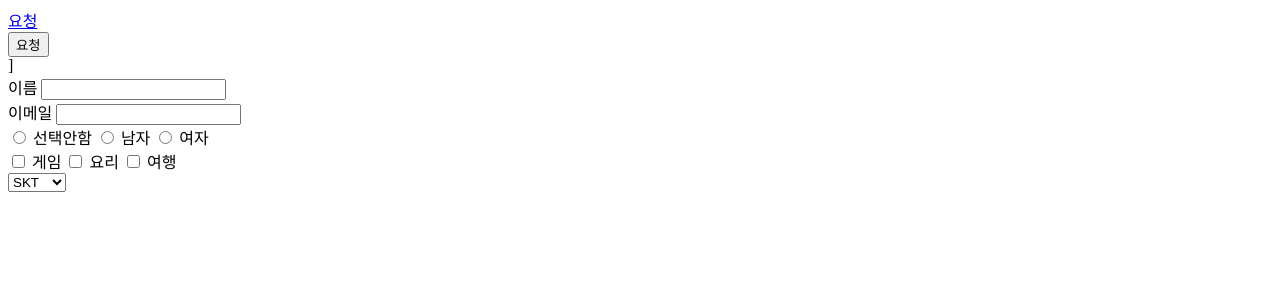
Repository: Audrey-1120/jspstudy
Page: 01_servlet/src/main/webapp/pkg02_request/NewFile.html
These files come from the project's save history. The page is drawn as it stood at one moment and after the next save; the edit follows.
The browser window is 1280 px wide. The pictures show the whole page.

Above is the page before, as saved 2024-02-28 01:35:21.

After the next save:
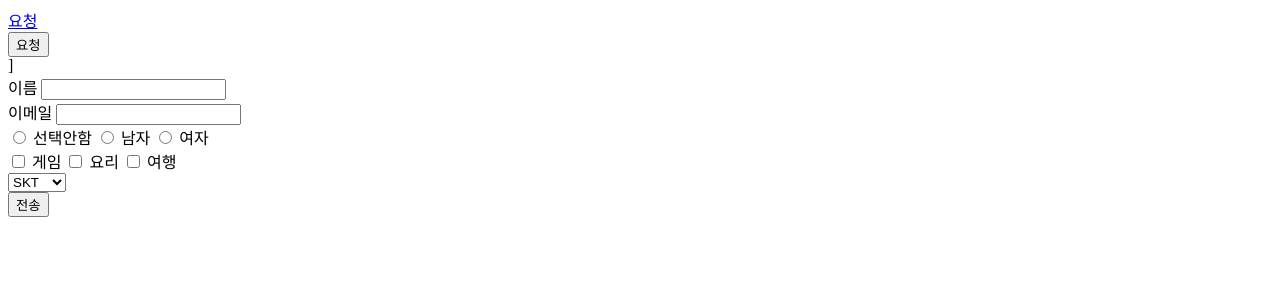
Saved 53 s later.
--- a/01_servlet/src/main/webapp/pkg02_request/NewFile.html
+++ b/01_servlet/src/main/webapp/pkg02_request/NewFile.html
@@ -68,6 +68,9 @@
         <option>LGU+</option>
       </select>
     </div>
+    <div class="btn-wrap">
+      <button type="submit">전송</button>
+    </div>
   </form>
 
 
